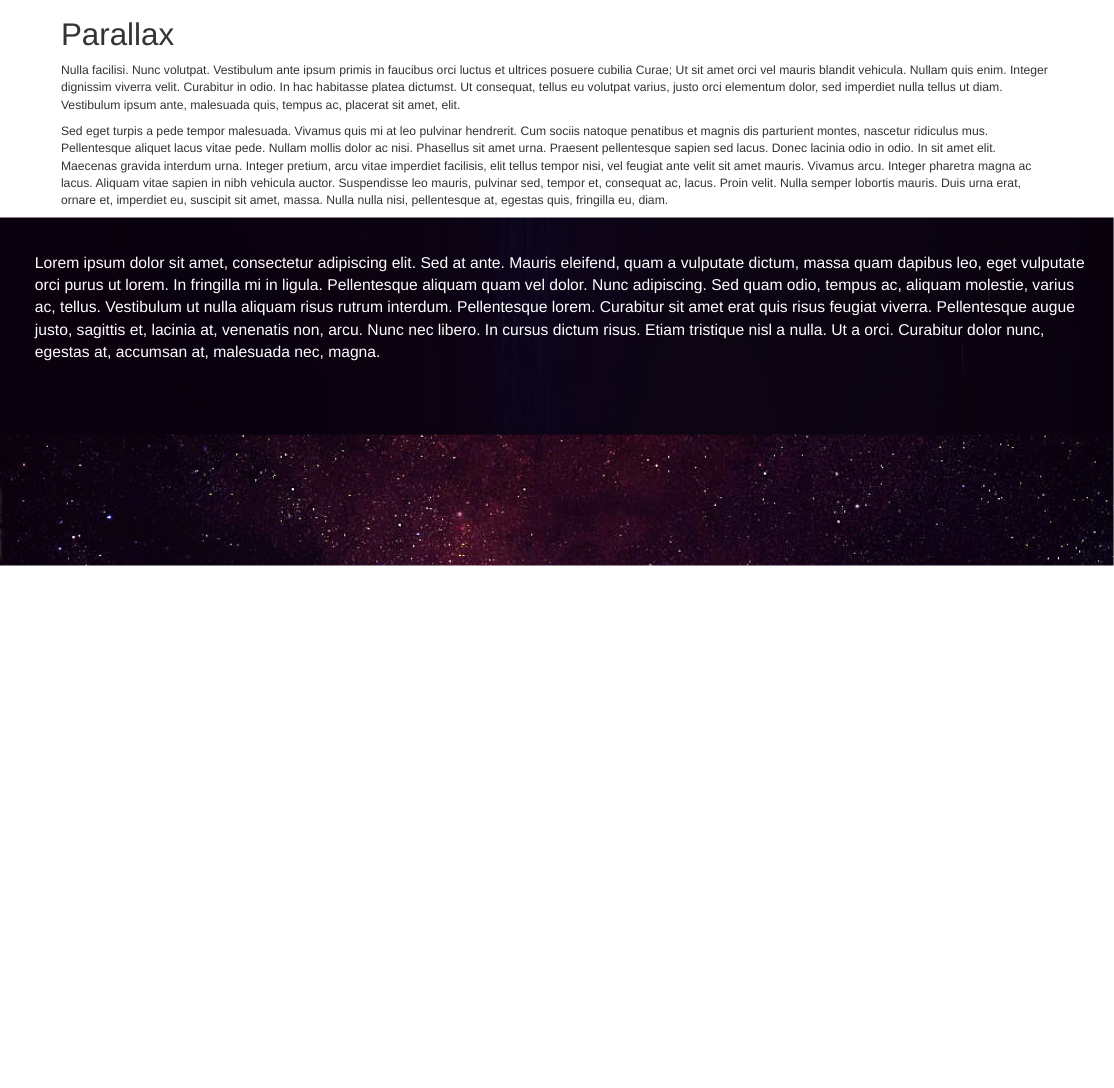
Repository: heshanera/HTML-CSS-JAVASCRITP
Page: parallax/parallax.html
The author's editor kept a record of every edit. The page is drawn from the files as they stood at one moment, then again after the next edit.
The browser window is 1280 px wide. The pictures show the whole page, at 87% of full size.
Some web libraries are served in a nearby version.

Above is the page before.

### parallax/parallax.html
<!DOCTYPE html>
<html lang="en">
  <head>
    <meta charset="utf-8">
    <meta name="viewport" content="width=device-width, initial-scale=1">

    <link rel="stylesheet" href="https://maxcdn.bootstrapcdn.com/bootstrap/3.3.7/css/bootstrap.min.css">
    <link rel="stylesheet" href="de_css/font-awesome/css/font-awesome.min.css">

    <script src="https://ajax.googleapis.com/ajax/libs/jquery/3.1.1/jquery.min.js"></script>
    <script src="https://maxcdn.bootstrapcdn.com/bootstrap/3.3.7/js/bootstrap.min.js"></script>

    <link rel="stylesheet" href="de_css/parallax.css">

    <script src="de_js/parallax.js"></script>

  </head>
  <body>

    <div class = "container">
      <h1> Parallax </h1>
      <p>
        Nulla facilisi. Nunc volutpat. Vestibulum ante ipsum primis in faucibus orci luctus et ultrices posuere cubilia Curae; Ut sit amet orci vel mauris blandit vehicula. Nullam quis enim. Integer dignissim viverra velit. Curabitur in odio. In hac habitasse platea dictumst. Ut consequat, tellus eu volutpat varius, justo orci elementum dolor, sed imperdiet nulla tellus ut diam. Vestibulum ipsum ante, malesuada quis, tempus ac, placerat sit amet, elit.
      </p>
      <p>
        Sed eget turpis a pede tempor malesuada. Vivamus quis mi at leo pulvinar hendrerit. Cum sociis natoque penatibus et magnis dis parturient montes, nascetur ridiculus mus. Pellentesque aliquet lacus vitae pede. Nullam mollis dolor ac nisi. Phasellus sit amet urna. Praesent pellentesque sapien sed lacus. Donec lacinia odio in odio. In sit amet elit. Maecenas gravida interdum urna. Integer pretium, arcu vitae imperdiet facilisis, elit tellus tempor nisi, vel feugiat ante velit sit amet mauris. Vivamus arcu. Integer pharetra magna ac lacus. Aliquam vitae sapien in nibh vehicula auctor. Suspendisse leo mauris, pulvinar sed, tempor et, consequat ac, lacus. Proin velit. Nulla semper lobortis mauris. Duis urna erat, ornare et, imperdiet eu, suscipit sit amet, massa. Nulla nulla nisi, pellentesque at, egestas quis, fringilla eu, diam.
      </p>
    </div>

    <div class = "parallax-container">
      <div class="parallax-img-box" id="parallax1" style="background-image:url('de_imgs/parallax1.jpg')">
          <div class="parallax-content-box" >
            Lorem ipsum dolor sit amet, consectetur adipiscing elit. Sed at ante. Mauris eleifend, quam a vulputate dictum, massa quam dapibus leo, eget vulputate orci purus ut lorem. In fringilla mi in ligula. Pellentesque aliquam quam vel dolor. Nunc adipiscing. Sed quam odio, tempus ac, aliquam molestie, varius ac, tellus. Vestibulum ut nulla aliquam risus rutrum interdum. Pellentesque lorem. Curabitur sit amet erat quis risus feugiat viverra. Pellentesque augue justo, sagittis et, lacinia at, venenatis non, arcu. Nunc nec libero. In cursus dictum risus. Etiam tristique nisl a nulla. Ut a orci. Curabitur dolor nunc, egestas at, accumsan at, malesuada nec, magna.
          </div>
      </div>
    </div>

    <div style = "margin-bottom:600px"></div>
  </body>
</html>

### parallax/de_css/parallax.css
.parallax-container{
  width:100%;
  min-height:400px;
}

.parallax-img-box{
  min-height:400px !important;
  padding: 40px 20px 20px 40px;
  background-size: cover;
}


.parallax-content-box{
  color:#fff;
  font-size: 18px;
}

### parallax/de_js/parallax.js
/*
$(document).ready(function(){
    var $wndw = $(window);

    var pos = $("#parallax1").offset().top;
    pos -= $(window).height();

    $(window).scroll(function() {
      console.log($(window).scrollTop());
      if ( ($(window).scrollTop() > pos) & ($(window).scrollTop() < pos + $('#parallax1').height()) ) {
        //alert(pos);

        $('#parallax1').each(function(){
            var scroll_speed = 1; // modified value
            var $this = $(this);
            $(window).scroll(function() {
                var bgScroll = -(($wndw.scrollTop() - $this.offset().top)/ scroll_speed);
                var bgPosition = 'center '+ bgScroll + 'px';
                $this.css({ backgroundPosition: bgPosition });
            });
        });
      } else { }
    });
});
*/

$(document).ready(function(){
  var $wndw = $(window);
    $('#parallax1').each(function(){
        var scroll_speed = 1; // modified value
        var $this = $(this);
        $(window).scroll(function() {
            var bgScroll = -(($wndw.scrollTop() - $this.offset().top)/ scroll_speed);
            var bgPosition = 'center '+ bgScroll + 'px';
            $this.css({ backgroundPosition: bgPosition });
        });
    });
});

Loaded but not shown: parallax/de_css/font-awesome/css/font-awesome.min.css (library)

After the next edit:
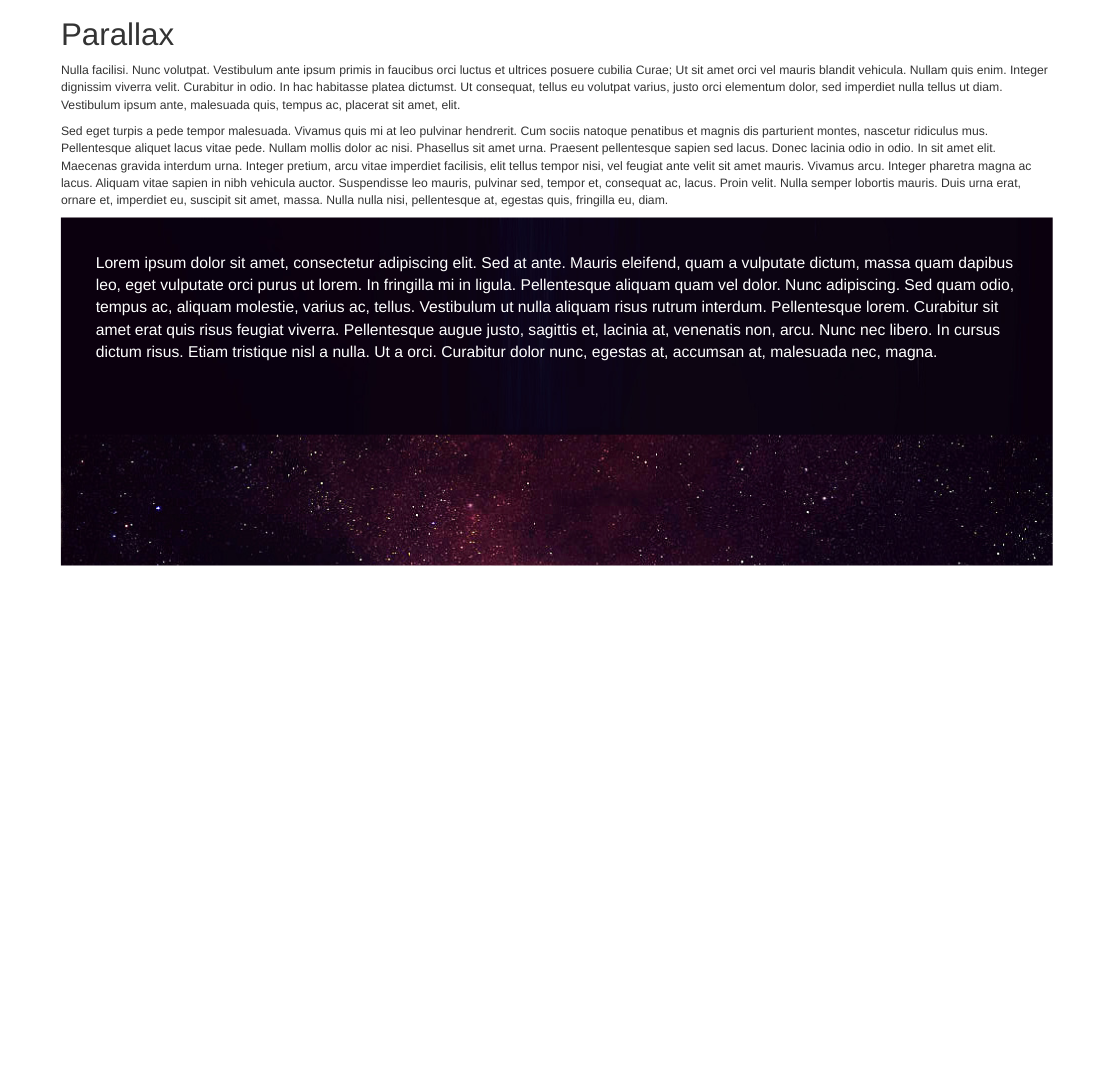
The edit:
--- a/parallax/parallax.html
+++ b/parallax/parallax.html
@@ -25,13 +25,13 @@
       <p>
         Sed eget turpis a pede tempor malesuada. Vivamus quis mi at leo pulvinar hendrerit. Cum sociis natoque penatibus et magnis dis parturient montes, nascetur ridiculus mus. Pellentesque aliquet lacus vitae pede. Nullam mollis dolor ac nisi. Phasellus sit amet urna. Praesent pellentesque sapien sed lacus. Donec lacinia odio in odio. In sit amet elit. Maecenas gravida interdum urna. Integer pretium, arcu vitae imperdiet facilisis, elit tellus tempor nisi, vel feugiat ante velit sit amet mauris. Vivamus arcu. Integer pharetra magna ac lacus. Aliquam vitae sapien in nibh vehicula auctor. Suspendisse leo mauris, pulvinar sed, tempor et, consequat ac, lacus. Proin velit. Nulla semper lobortis mauris. Duis urna erat, ornare et, imperdiet eu, suscipit sit amet, massa. Nulla nulla nisi, pellentesque at, egestas quis, fringilla eu, diam.
       </p>
-    </div>
 
-    <div class = "parallax-container">
-      <div class="parallax-img-box" id="parallax1" style="background-image:url('de_imgs/parallax1.jpg')">
-          <div class="parallax-content-box" >
-            Lorem ipsum dolor sit amet, consectetur adipiscing elit. Sed at ante. Mauris eleifend, quam a vulputate dictum, massa quam dapibus leo, eget vulputate orci purus ut lorem. In fringilla mi in ligula. Pellentesque aliquam quam vel dolor. Nunc adipiscing. Sed quam odio, tempus ac, aliquam molestie, varius ac, tellus. Vestibulum ut nulla aliquam risus rutrum interdum. Pellentesque lorem. Curabitur sit amet erat quis risus feugiat viverra. Pellentesque augue justo, sagittis et, lacinia at, venenatis non, arcu. Nunc nec libero. In cursus dictum risus. Etiam tristique nisl a nulla. Ut a orci. Curabitur dolor nunc, egestas at, accumsan at, malesuada nec, magna.
-          </div>
+      <div class = "parallax-container">
+        <div class="parallax-img-box" id="parallax1" style="background-image:url('de_imgs/parallax1.jpg')">
+            <div class="parallax-content-box" >
+              Lorem ipsum dolor sit amet, consectetur adipiscing elit. Sed at ante. Mauris eleifend, quam a vulputate dictum, massa quam dapibus leo, eget vulputate orci purus ut lorem. In fringilla mi in ligula. Pellentesque aliquam quam vel dolor. Nunc adipiscing. Sed quam odio, tempus ac, aliquam molestie, varius ac, tellus. Vestibulum ut nulla aliquam risus rutrum interdum. Pellentesque lorem. Curabitur sit amet erat quis risus feugiat viverra. Pellentesque augue justo, sagittis et, lacinia at, venenatis non, arcu. Nunc nec libero. In cursus dictum risus. Etiam tristique nisl a nulla. Ut a orci. Curabitur dolor nunc, egestas at, accumsan at, malesuada nec, magna.
+            </div>
+        </div>
       </div>
     </div>
 
